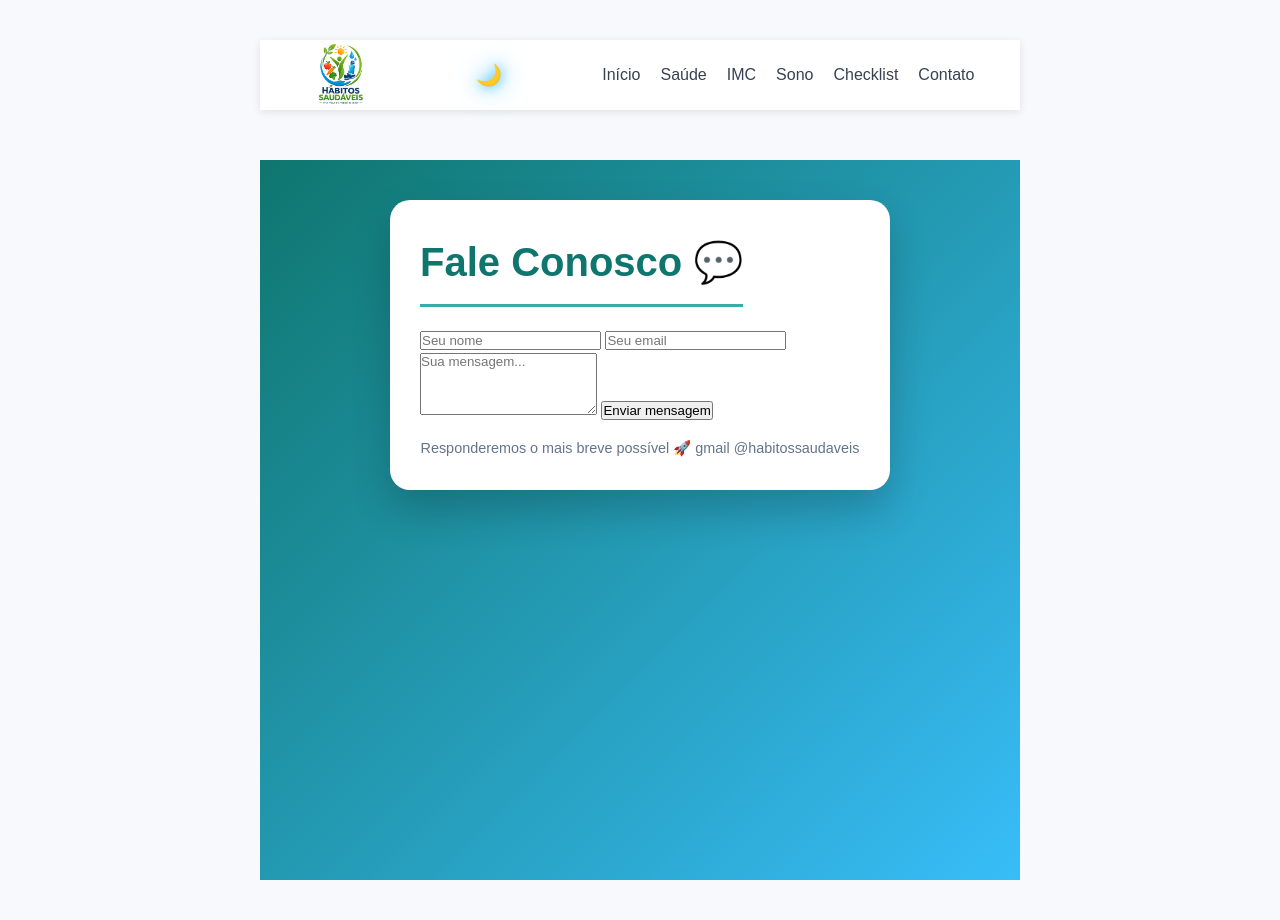
Repository: habitos2026/projetointegrador2026
Page: contato.html
An editor plug-in stored every save of this project. The page is shown before and after a run of saves, followed by the edit.
The browser window is 1280 px wide. The pictures show the whole page.

Above is the page before, as saved 2026-06-10 22:27:54.

After the next 3 saves:
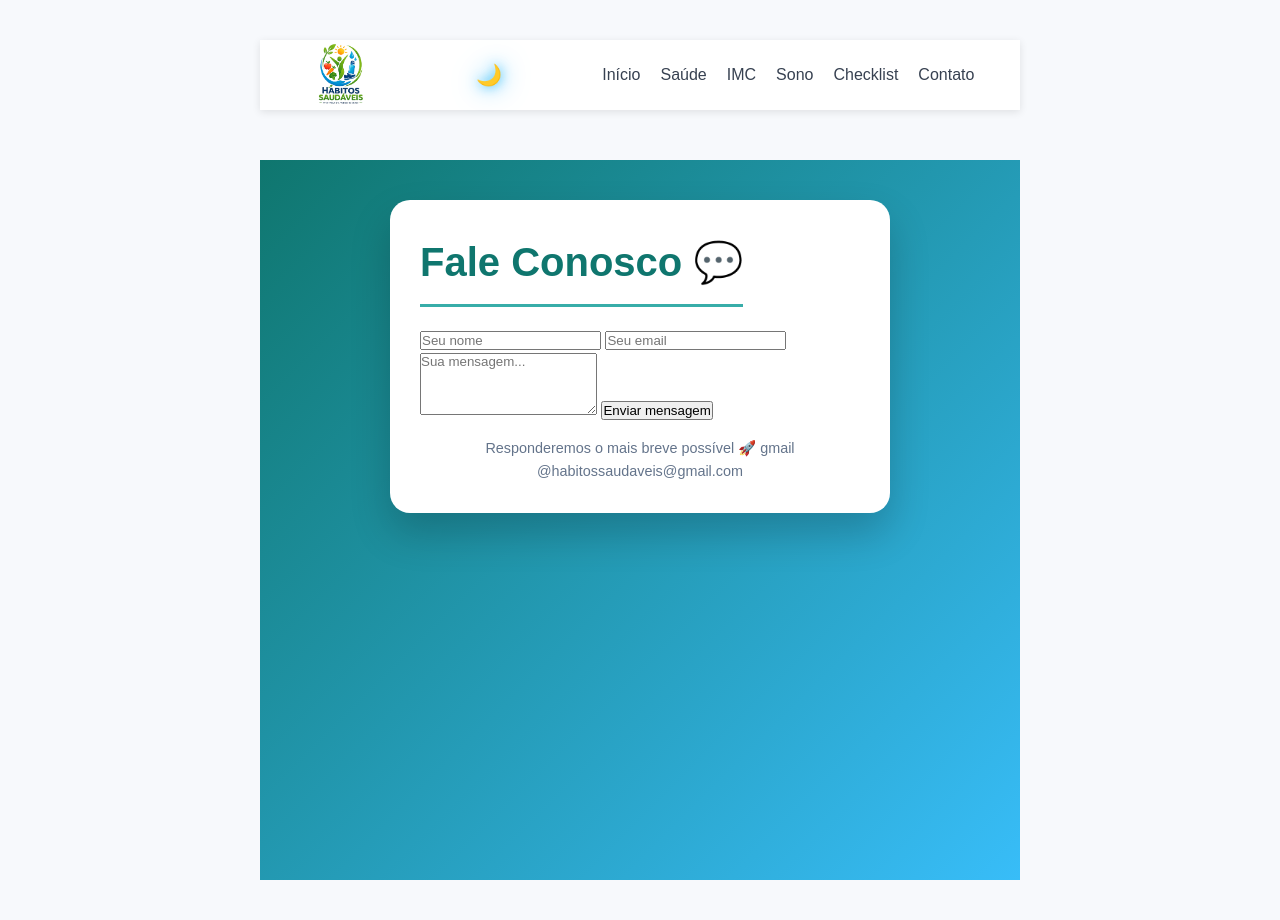
The 3 saves are shown as one change because they came seconds apart.
The last was saved 12 s later.
--- a/contato.html
+++ b/contato.html
@@ -174,7 +174,7 @@
 
         <div class="info">
             Responderemos o mais breve possível 🚀
-                    gmail @habitossaudaveis
+                    gmail @habitossaudaveis@gmail.com
         </div>
     </div>
 
